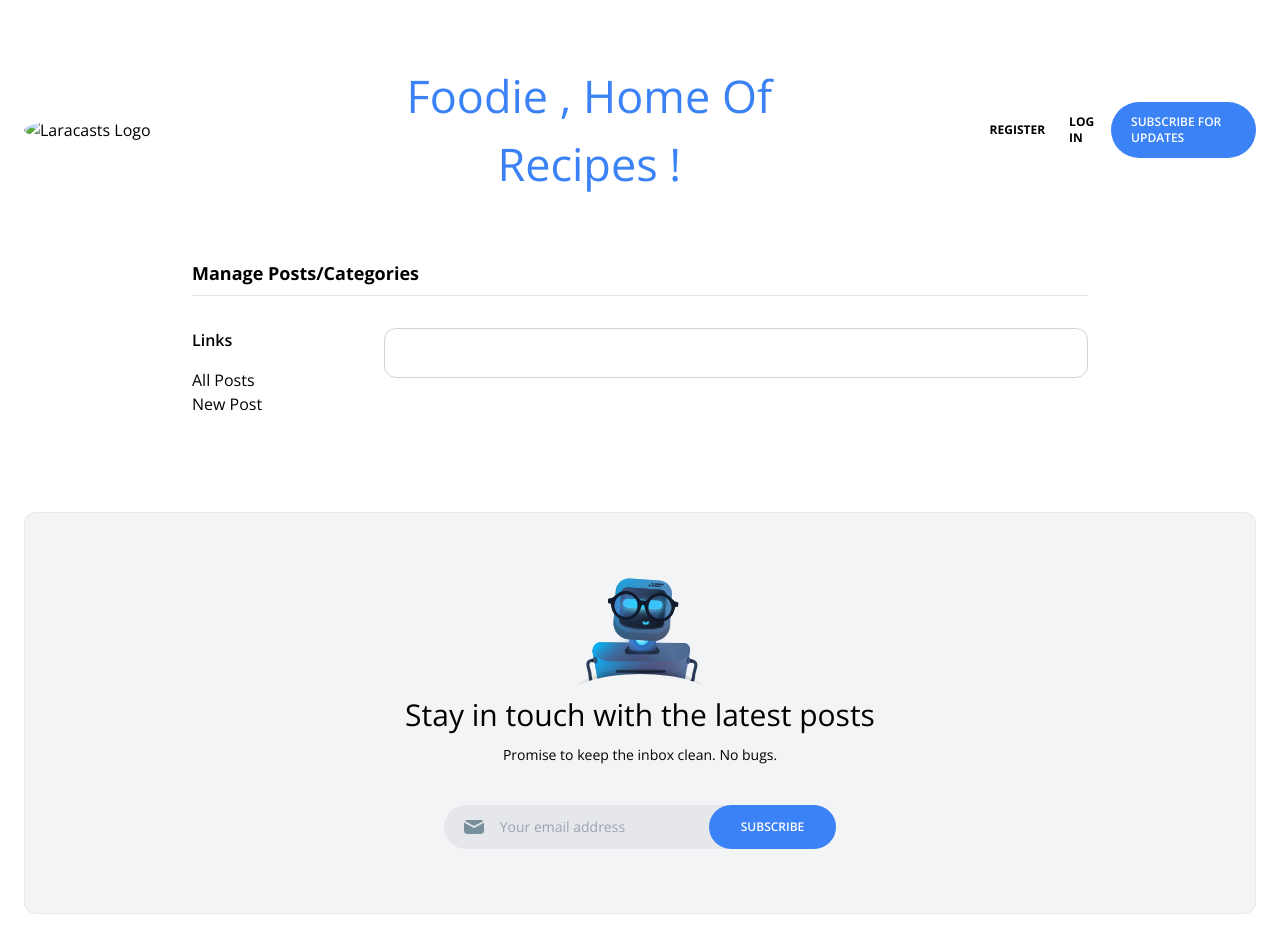
Repository: sara55m/Blog
Page: resources/views/admin/posts/index.blade.php
These files come from the project's save history. The page is drawn as it stood at one moment and after the next save; the edit follows.
The browser window is 1280 px wide. The pictures show the whole page.
The page is served by the project's Laravel application, run on PHP 8.4 with Laravel 10. The template is opened directly, without the code that normally fills it, so the values that code supplies are empty.

Above is the page before, as saved 2024-07-27 22:43:23.

After the next save:
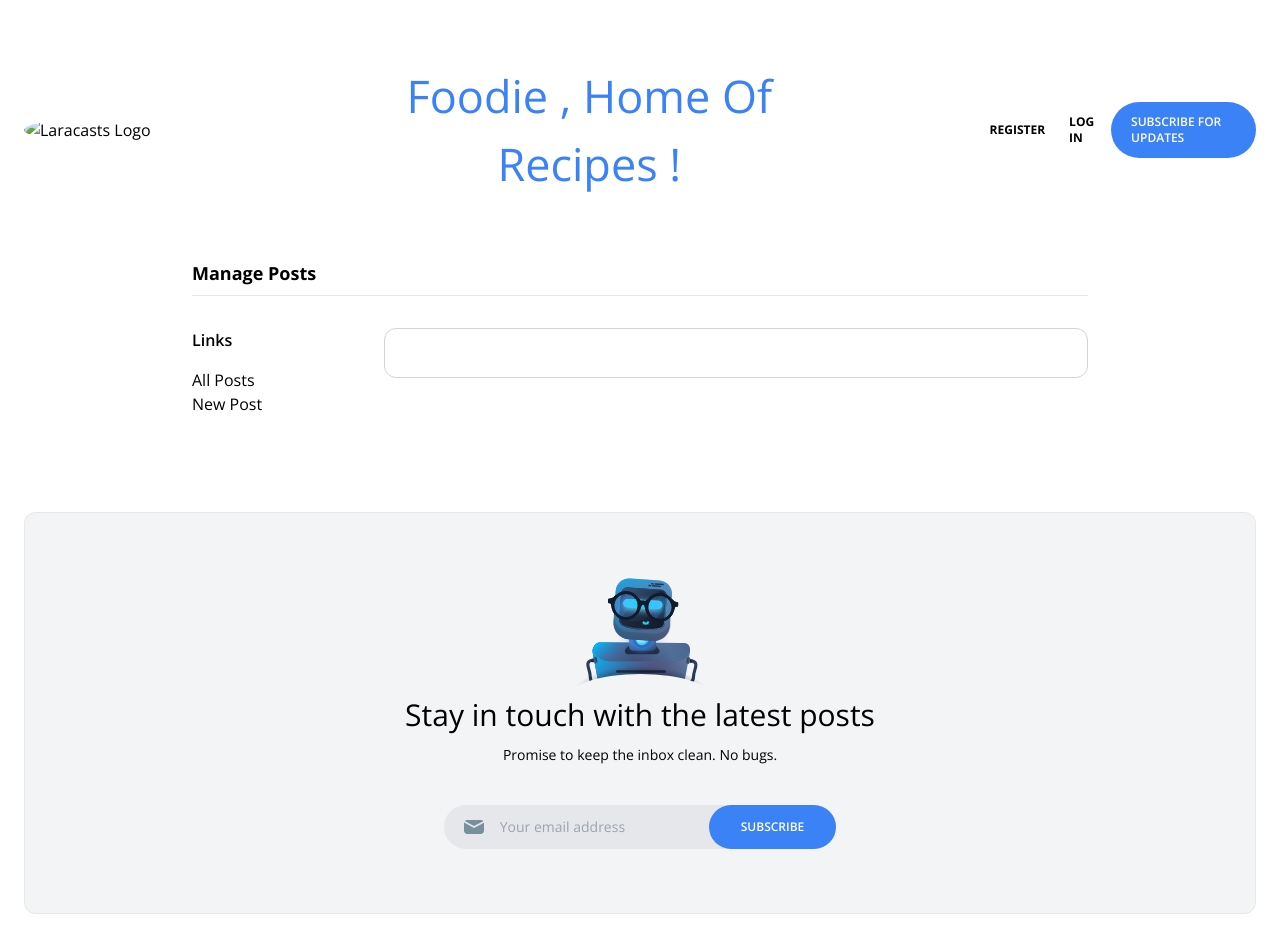
Saved 108 s later.
--- a/resources/views/admin/posts/index.blade.php
+++ b/resources/views/admin/posts/index.blade.php
@@ -1,5 +1,5 @@
 <x-layout>
-    <x-setting heading="Manage Posts/Categories">
+    <x-setting heading="Manage Posts">
         <table class="border-collapse w-full">
 
             <tbody>
